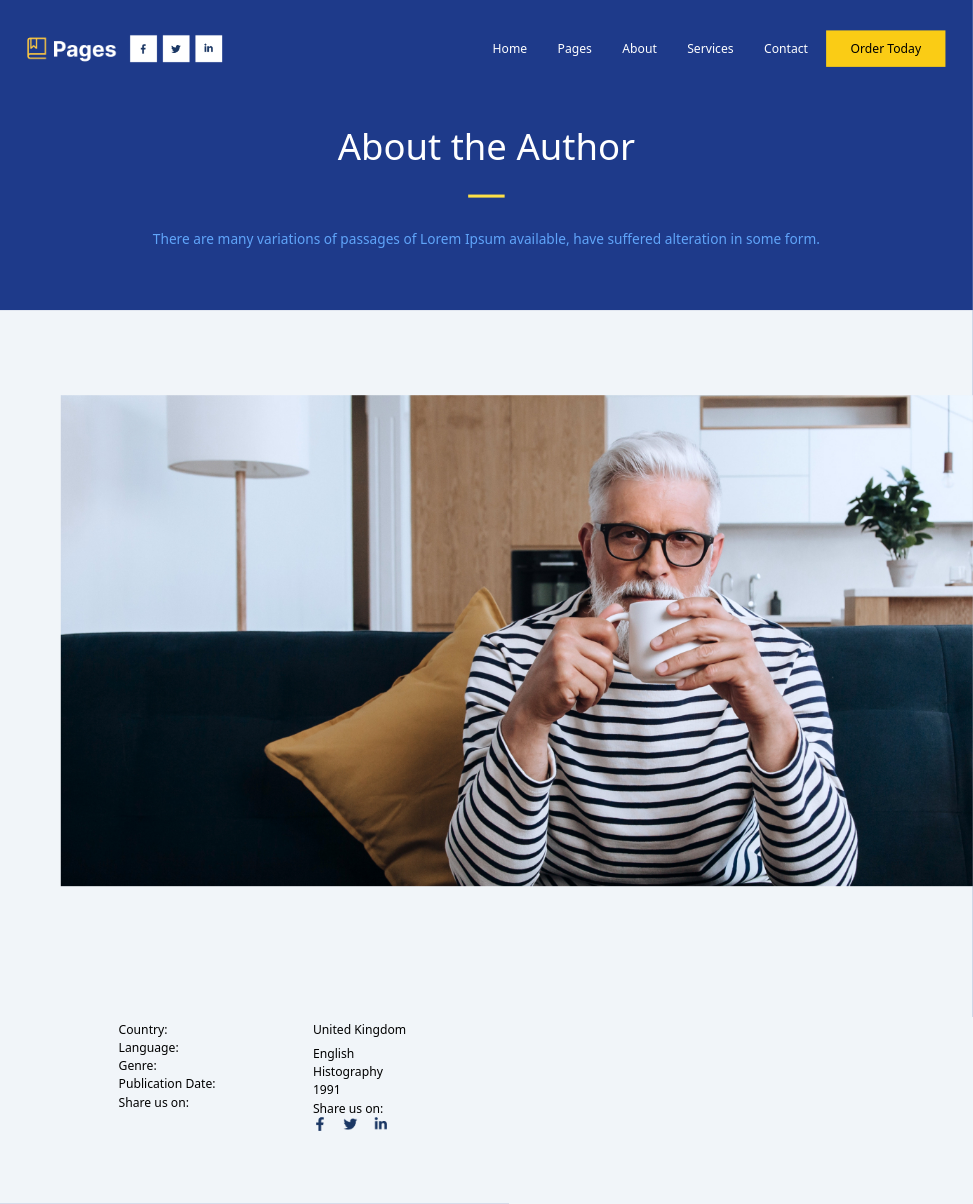
Repository: Godnorg/Class3
Page: index.html
These files come from the project's save history. The page is drawn as it stood at one moment and after the next save; the edit follows.
The browser window is 1280 px wide. The pictures show the whole page, at 76% of full size.
Some web libraries are served in a nearby version.

Above is the page before, as saved 2023-02-19 02:47:33.

After the next save:
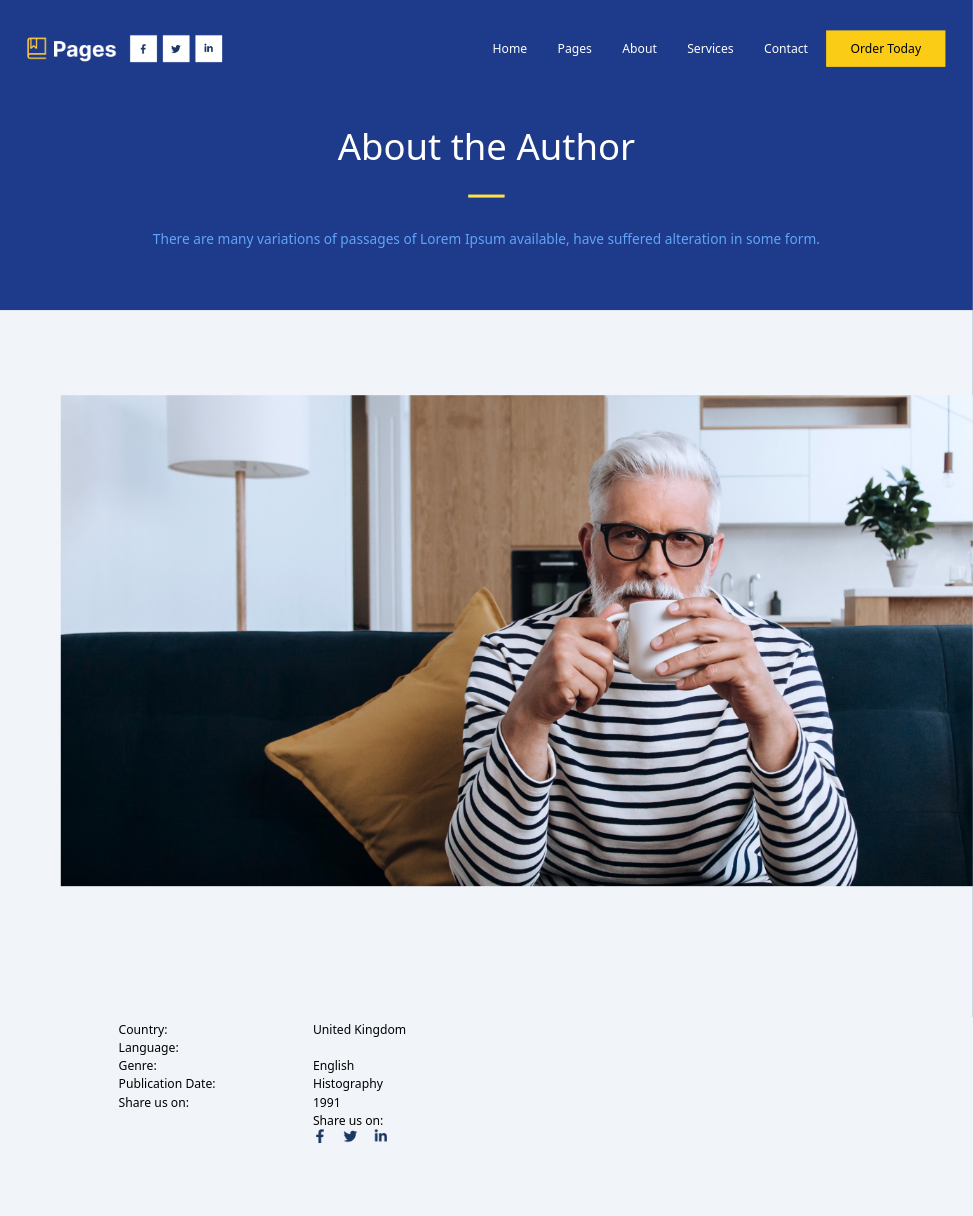
Saved 12 s later.
--- a/index.html
+++ b/index.html
@@ -45,7 +45,7 @@
                 <h2>Share us on:</h2>
                 </div>
                 <div>
-                <p class="pb-2">United Kingdom</p>
+                <p class="pb-6">United Kingdom</p>
                 <p>English</p>
                 <p>Histography</p>
                 <p>1991</p>
